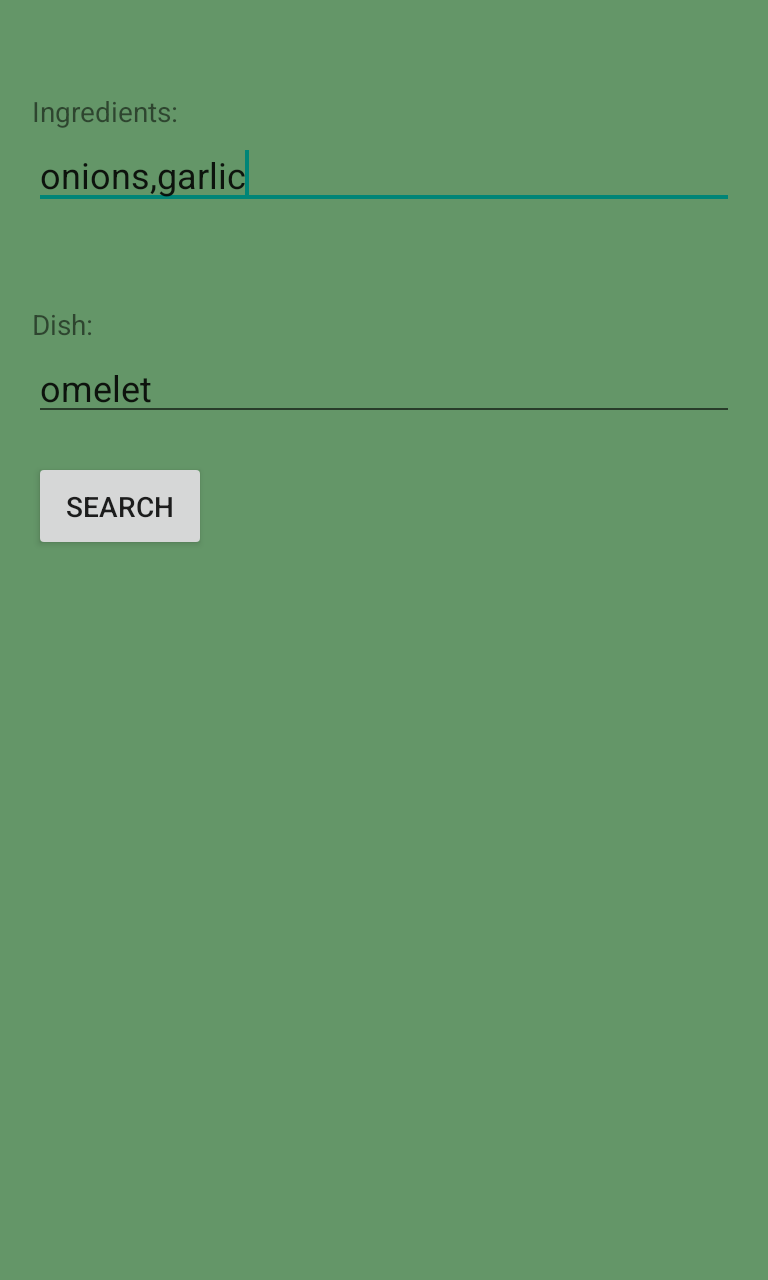
Repository: jerin-m-jose/Recipe-Puppy-Android
Layout: RecipePuppy/MagicRecipe/res/layout/fragment_search.xml
The author's editor kept a copy of each file at every save. The layout is drawn from the files as they stood at one save, then again after the next save.
It is drawn on a 768 x 1280 px phone screen (xhdpi) without system bars, with theme AppTheme; the app's code is not run.

Above is the layout before, as saved 2014-10-03 14:54:31.

After the next save:
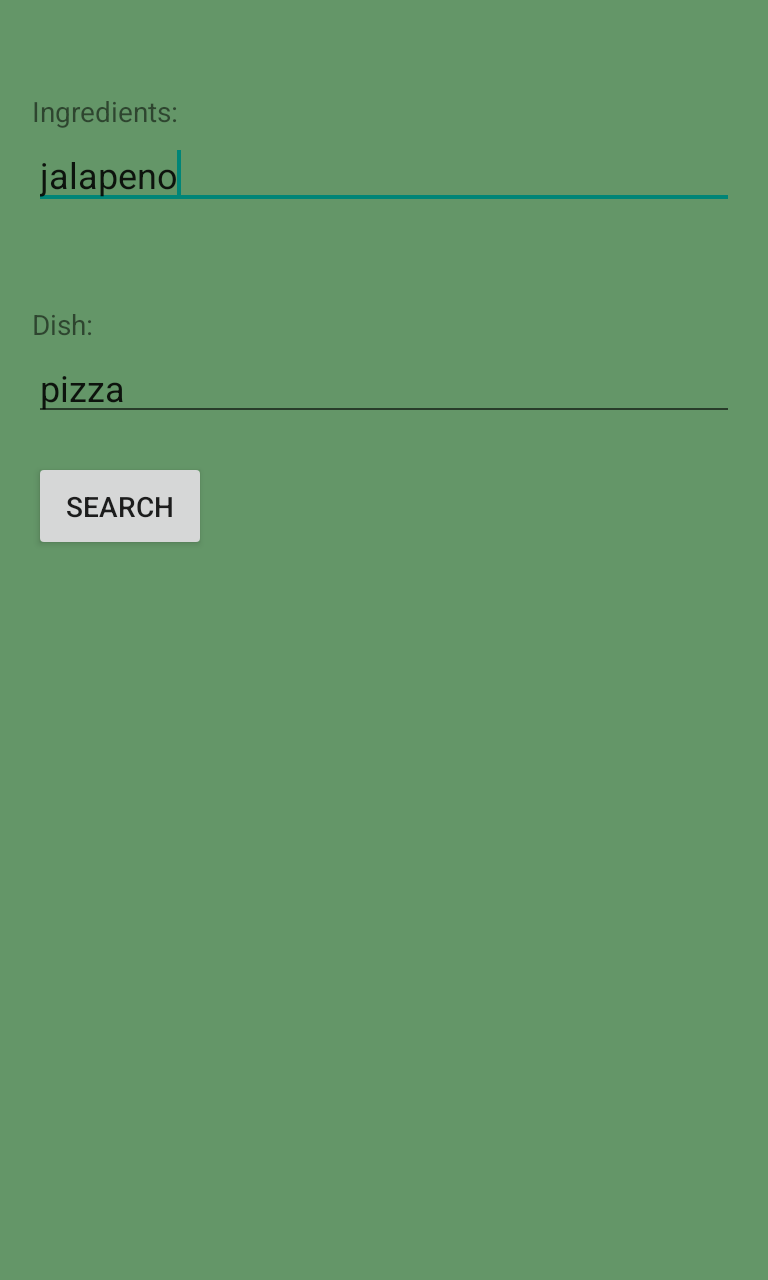
Saved 117 s later.
--- a/RecipePuppy/MagicRecipe/res/values/strings.xml
+++ b/RecipePuppy/MagicRecipe/res/values/strings.xml
@@ -12,8 +12,8 @@
     <string name="action_settings">Settings</string>
     <string name="recipe_image">Recipe Image</string>
     <string name="ingredients">Ingredients:</string>
-    <string name="ingredients_search_hint">onions,garlic</string>
-    <string name="dish_search_hint">omelet</string>
+    <string name="ingredients_search_hint">jalapeno</string>
+    <string name="dish_search_hint">pizza</string>
     <string name="search_ingredients">Ingredients:</string>
     <string name="search_dish">Dish:</string>
     <string name="search">Search</string>
